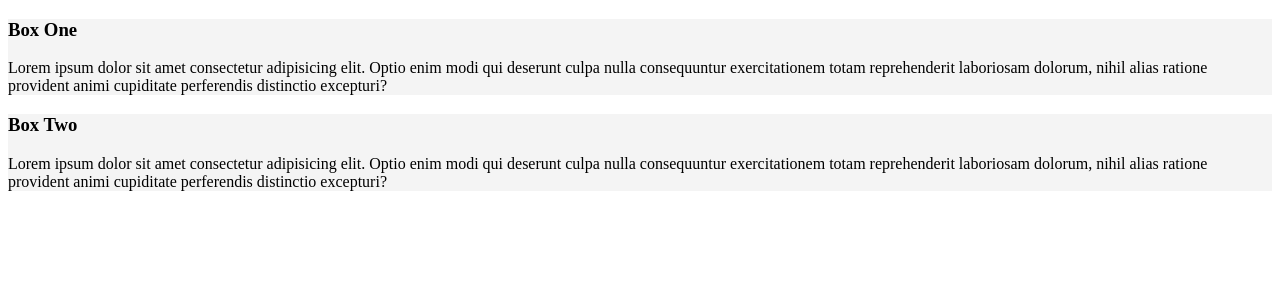
Repository: andiausrust/css-traversy
Page: box_model_margin_padding/index.html
These files come from the project's save history. The page is drawn as it stood at one moment and after the next save; the edit follows.
The browser window is 1280 px wide. The pictures show the whole page.

Above is the page before, as saved 2020-08-19 20:50:15.

After the next save:
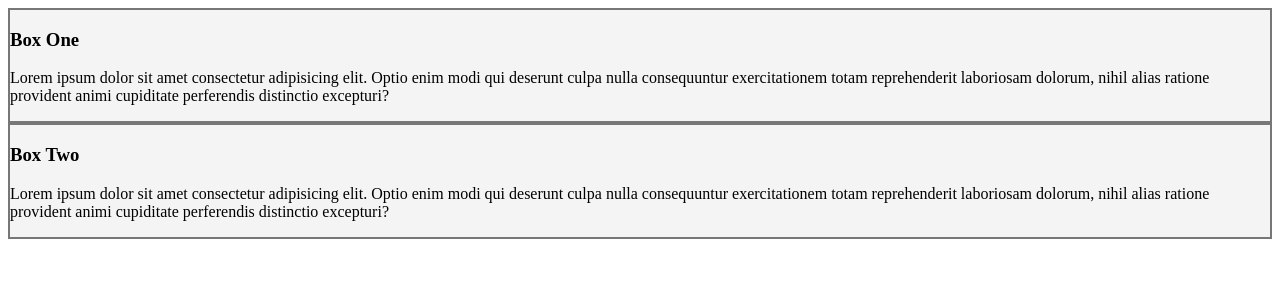
Saved 36 s later.
--- a/box_model_margin_padding/css/style.css
+++ b/box_model_margin_padding/css/style.css
@@ -1,4 +1,4 @@
 .box {
     background: #f4f4f4;
-    border: 2x #777 solid;
+    border: 2px #777 solid;
 }
